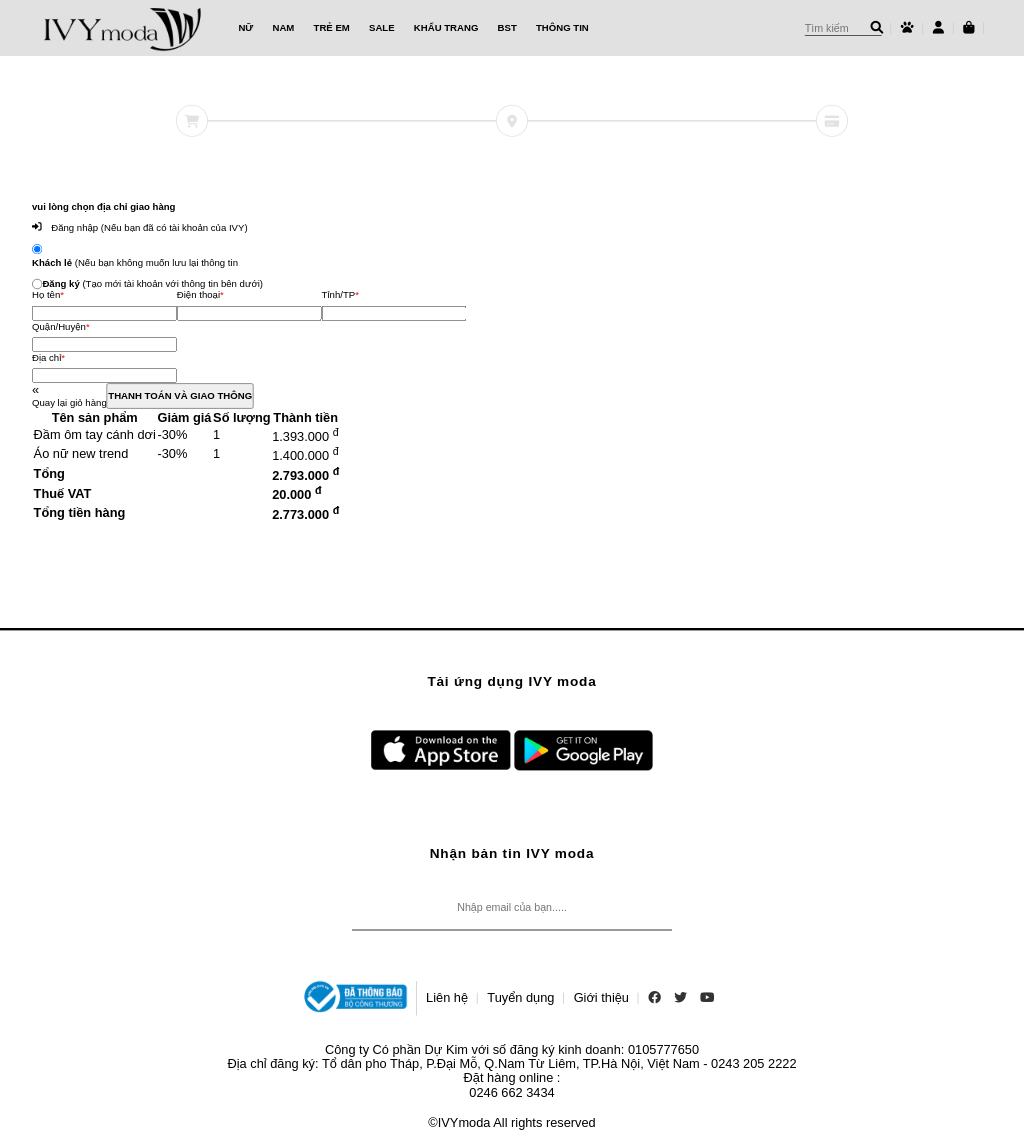
Repository: dinhvanbinh2310/ivy-moda
Page: delivery.html
These files come from the project's save history. The page is drawn as it stood at one moment and after the next save; the edit follows.
The browser window is 1280 px wide. The pictures show the whole page, at 80% of full size.

Above is the page before, as saved 2022-05-08 17:12:27.

### delivery.html
<!DOCTYPE html>
<html lang="en">
<head>
    <meta charset="UTF-8">
    <meta http-equiv="X-UA-Compatible" content="IE=edge">
    <meta name="viewport" content="width=device-width, initial-scale=1.0">
    <link rel="stylesheet" href="./fontawesome-free-6.1.1-web/css/all.css">
    <link rel="stylesheet" href="./css/style.css">
    <title>IVY moda</title>
</head>
<body>
<header>
    <div class="logo">
        <img src="./Images/logo.png" alt="logo" class="logo">
    </div>
    <div class="menu">
        <li><a href="">NỮ</a>
            <ul class="sub-menu">
                <li> <a href="">Hàng mới về</a>
                </li>
                <li> <a href="">Collection</a>
                </li>
                <li> <a href=""> Áo</a>
                    <ul>
                        <li> <a href="">Áo sơ mi</a>
                        </li>
                        <li> <a href="">Áo thun</a>
                        </li>
                        <li> <a href="">Áo khoác</a>
                        </li>
                        <li> <a href="">Áo len</a>
                        </li>
                    </ul>
                </li>
                <li> <a href="">Quần</a>
                    <ul>
                        <li> <a href="">Quần jean</a>
                        </li>
                        <li> <a href="">Quần lửng</a>
                        </li>
                        <li> <a href="">Quần dài</a>
                        </li>
                    </ul>
                </li>
            </ul>
        </li>
        <li><a href="">NAM</a>
        </li>
        <li><a href="">TRẺ EM</a>
        </li>
        <li><a href="">SALE</a>
        </li>
        <li><a href="">KHẨU TRANG</a>
        </li>
        <li><a href="">BST</a>
        </li>
        <li><a href="">THÔNG TIN</a>
        </li>
    </div>
    <div class="others">
        <li>
            <input placeholder="Tìm kiếm" type="text"> <i class="fa-solid fa-magnifying-glass"></i>
        </li>
        <li>
            <a class="fa-solid fa-paw" href=""></a>
        </li>
        <li>
            <a class="fa-solid fa-user" href=""></a>
        </li>
        <li>
            <a class="fa-solid fa-bag-shopping" href=""></a>
        </li>
    </div>
</header>
<!-----------------------------delivery----------------------------->
<section class="delivery">
    <div class="container">
        <div class="delivery-top-wrap">
            <div class="delivery-top">
              <div class="delivery-top-delivery delivery-top-item">
                <i class="fa-solid fa-cart-shopping "></i>
              </div>
              <div class="delivery-top-adress delivery-top-item">
                <i class="fa-solid fa-location-dot"></i>
              </div>
              <div class="delivery-top-payment delivery-top-item">
                <i class="fa-solid fa-credit-card "></i>
              </div>
            </div>
    </div>
    </div>
    <div class="container">
        <div class="delivery-content">
            <div class="delivery-content-left">
               <p>vui lòng chọn địa chỉ giao hàng </p>
            <div class="delivery-content-left-signin row">
                <i class="fa-solid fa-right-to-bracket"></i>
                <p>Đăng nhập (Nếu bạn đã có tài khoản của IVY)</p>
            </div>
            <div class="delivery-content-left-strange-customers">
                <input checked name="loaikhach" type="radio">
                <p>  <span style="font-weight: bold;">  Khách lẻ</span> (Nếu bạn không muốn lưu lại thông tin</p>
            </div>
                <div class="delivery-content-left-signup row">
                    <input name="loaikhach" type="radio">
                    <p>  <span style="font-weight: bold;"> Đăng ký </span>(Tạo mới tài khoản với thông tin bên dưới)
                    </p>
                </div>
                <div class="delivery-content-left-input-top row">
                    <div class="delivery-content-left-input-top-item">
                        <label for="">Họ tên<span style="color: red;">*</span></label>
                        <input type="text">
                    </div>
                    <div class="delivery-content-left-input-top-item">
                        <label for="">Điện thoại<span style="color: red;">*</span></label>
                        <input type="text">
                    </div>
                    <div class="delivery-content-left-input-top-item">
                        <label for="">Tỉnh/TP<span style="color: red;">*</span></label>
                        <input type="text">
                    </div>
                    <div class="delivery-content-left-input-top-item">
                        <label for="">Quận/Huyện<span style="color: red;">*</span></label>
                        <input type="text">
                    </div>
                </div>
                <div class="delivery-content-left-input-input-bottom">
                    <label for="">Địa chỉ<span style="color: red;">*</span></label>
                    <input type="text">
                </div>
                <div class="delivery-content-left-button row">
                    <a href=""> <span>&#171;</span><p>Quay lại giỏ hàng</p></a>
                    <button><p style="font-weight: bold;">THANH TOÁN VÀ GIAO THÔNG</p> </button>
                </div>
            </div>
            <div class="delivery-content-right">
                <table>
                    <tr>
                    <th>Tên sản phẩm</th>
                    <th>Giảm giá</th>
                    <th>Số lượng</th>
                    <th>Thành tiền</th>
                   </tr>
                   <tr>
                       <td>Đầm ôm tay cánh dơi</td>
                       <td>-30%</td>
                       <td>1</td>
                       <td><p>1.393.000 <sup>đ</sup></p></td>
                   </tr>
                   <tr>
                    <td>Áo nữ new trend</td>
                    <td>-30%</td>
                    <td>1</td>
                    <td><p>1.400.000 <sup>đ</sup></p></td>
                </tr>
                <tr>
                    <td style="font-weight: bold;" colspan="3">Tổng</td>
                    <td style="font-weight: bold;"><p>2.793.000 <sup>đ</sup></p></td>
                </tr>
                <tr>
                    <td style="font-weight: bold;" colspan="3">Thuế VAT</td>
                    <td style="font-weight: bold;"><p>20.000 <sup>đ</sup></p></td>
                </tr>
                <tr>
                    <td style="font-weight: bold;" colspan="3">Tổng tiền hàng</td>
                    <td style="font-weight: bold;"><p>2.773.000 <sup>đ</sup></p></td>
                </tr>
                </table>
            </div>
        </div>
    </div>
</section>


<div class="dot-horizontal">
</div>
<!------------------------------Footer---------------------------------->
<section class="app-container">
  <p>Tải ứng dụng IVY moda</p>
  <div class="app-google">
      <img src="./Images/appstore.png" alt="">
      <img src="./Images/googleplay.png" alt="">
  </div>
  <p>Nhận bản tin IVY moda</p>
  <input type="text" placeholder="Nhập email của bạn.....">
</section>

<div class="footer-top">
  <li>
      <a href=""> <img src="./Images/img-congthuong.png" alt="">
      </a>
  </li>
  <li>Liên hệ</li>
  <li>Tuyển dụng</li>
  <li>Giới thiệu</li>
  <li>
      <a href="" class="fa-brands fa-facebook"></a>
      <a href="" class="fa-brands fa-twitter"></a>
      <a href="" class="fa-brands fa-youtube"></a>
  </li>
</div>
<div class="footer-center">

  <p>
      Công ty Có phần Dự Kim với số đăng ký kinh doanh: 0105777650
      <br> Địa chỉ đăng ký: Tổ dân pho Tháp, P.Đại Mỗ, Q.Nam Từ Liêm, TP.Hà Nội, Việt Nam - 0243 205 2222
      <br> Đặt hàng online :
      <br>0246 662 3434
      <br>
  </p>
</div>
<div class="footer-bottom">
  ©IVYmoda All rights reserved
</div>
</body>
  </html>

### css/style.css
*{
  margin: 0;
  padding: 0;
  box-sizing: border-box;
  font-family: Arial, Helvetica, sans-serif;
}
li{
  list-style: none;
}
a{
  text-decoration: none;
  color: #000;
}
header{
  display: flex;
  justify-content: space-between;
  height: 70px;
  padding: 12px 50px;
  align-items: center;
  position: fixed;
  top: 0;
  left: 0;
  z-index: 1;
  background:#DDDDDDDD;
  width: 100%;
}

.logo{
  flex: 1;
  padding-top: 10px;
 size: 5px;
}
.menu{
  flex: 3;
  display: flex;
}
.menu > li{
  padding: 0 12px;
  position: relative;
}
.menu  li a{
  font-size: 12px;
  font-weight: bold;
  display: block;
  line-height: 20px;
}
.menu > li:hover .sub-menu{
  visibility: visible;
  top: 45px;
}
.sub-menu{
  position: absolute;
  width: 150px;
  border: 1px solid #ccc;
  padding: 10px 0 10px 20px;
  visibility: hidden;
  top: 75px;
  transition: 0.3s;
  z-index: 1;
  background-color: #fff;
}
.sub-menu ul{
  padding-left: 20px;
}
.sub-menu li a{
  font-size: 12px;
  font-weight: normal;
}

.others{
  flex: 1;
  display: flex;
}
.others > li{
  padding: 0 12px;
  position: relative;
}
.others>li::after{
  content: "";
  display: block;
  width: 1px;
  height: 75%;
  background: #cccccc;
  position: absolute;
  right: 0;
  top: 50%;
  transform: translateY(-50%);
}
.others > li:first-child{
  position: relative;

}
.others > li:first-child input{
  width: 100%;
  height: 100%;
  background: #0000;
  border: none;
  border-bottom:1px solid #333 ;
}
.others > li:first-child i{
position: absolute;
right: 10px;
}
.sliders{
  overflow: hidden;
}
.aspect-ratio-169 {
  display: block;
  position: relative;
  padding-top: 56.25%;
  transition: 0.3s;
}
.aspect-ratio-169 img {
  display: block;
  position: absolute;
  width: 100%;
  height: 100%;
  top: 0;
  left: 0;
}
.dot-container{
  position:absolute;
  height: 30px;
  width: 100%;
  display: flex;
  justify-content: center;
  padding-top: 10px;
}
.dot-horizontal{
  border-bottom: 3px solid black;
  padding-top: 30px;
 width: 100%;
 height: 100%;
 size: 100%;
}
.dot{
  height: 16px;
  width: 16px;
  background-color: #ccc;
  border-radius: 50%;
  margin-right: 12px;
  cursor: pointer;
}
.dot.active{
  background-color: #333;
}
/* -------------------------------app---------------------------- */
.app-container{
  text-align: center;
  align-items: center;
  padding: 15px 0 50px 0;
}
.app-google{
  margin:50px;
}
.app-google img{
  height: 50px;
  cursor: pointer;
}
.app-container p{
line-height: 20px;
letter-spacing: 1px;
font-size: 17px;
color:#000;
font-weight: bold;
padding-top: 40px;
}
.app-container input{
  margin-top: 50px;
  border: none;
  border-bottom: 1px solid #000;
  padding-bottom: 20px;
  width: 400px;
  text-align: center;
  outline: none;
}
.footer{
  text-align: center;
}
.footer-top{
  display: flex;
  text-align: center;
  justify-content: center;
  align-items: center;
  margin-bottom: 20px;
  height: 70px;
}
.footer-top img{
  height: 50px;
}
.footer-top li{
  padding: 0 12px;
  position: relative;
}
.footer-top li::after{
  content:"";
  display: block;
  width: 1px;
  height: 80%;
  background-color: #cccccc;
  position: absolute;
  right: 0;
  top: 50%;
  transform: translateY(-50%);
}
.footer-top li:last-child::after{
  display: none;
}
.footer-top li:last-child a{
margin-right: 12px;
color:#333;
}
.footer-center{
  text-align: center;
}
.footer-bottom{
  margin: 20px 0;
  text-align: center;
}
/* Cartegory */
.cartegory{
  padding: 100px 0 0;
}
.container{
  max-width: 1200px;
  margin: auto;
}
.row{
  display: flex;
  flex-wrap: wrap;
}
.cartegory-top{
  margin-bottom: 50px;
}
.cartegory-top p{
  font-family: Arial, Helvetica, sans-serif;
margin: 0 12px;
font-size: 12px;
}
.cartegory-left{
  width: 20%;
}
.cartegory-right{
  width: 80%;
}
.cartegory-right-top-item:first-child{
  flex: 2;
font-size: 16px;
font-family: Arial, Helvetica, sans-serif;
font-weight: bold;
}
.cartegory-right-top-item{
  flex: 1;
  padding: 0 12px;
}
.cartegory-right-top-item button{
  width: 100%;
  padding: 10px 15px;
  display: flex;
  justify-content: space-between;
  background-color: #ffff;
  border: 1px solid #dddd;
  cursor: pointer;
}
.cartegory-right-top-item select{
  width: 100%;
  padding: 10px 15px;
  display: flex;
  justify-content: space-between;
  background-color: #ffff;
  border: 1px solid #dddd;
  cursor: pointer;
}
.cartegory-right-content{
  margin-top: 20px;
  justify-content: space-between;
}
.cartegory-right-content-item{
  width: calc(25% - 12px);
  text-align: center;
  padding: 12px 0;
}
.cartegory-right-content-item h1{
  font-size: 11px;
font-family: Arial, Helvetica, sans-serif;
  margin-top: 6px;
  color: #333333;
}
.cartegory-right-content-item img{
  width: 100%;
}
.cartegory-right-content-item p{
  font-size: 12px;
}
.cartegory-right-bottom{
  justify-content: space-between;
  margin: 30px 0 20px;
  width: 100%;
}
.cartegory-right-bottom p{
  font-family: Arial, Helvetica, sans-serif;
font-size: 11px;
}
.cartegory-left ul li{
  padding: 12px 0;
}
.cartegory-left ul li >a{
  color: black;
  font-size: 16px;
  font-weight: bold;
  font-family: Arial, Helvetica, sans-serif;
}
.cartegory-left ul li ul li{
  padding-left: 10px;
}
.cartegory-left-li ul{
  display: none;
}
.cartegory-left-li.block ul{
  display: block;
}
.cartegory-left ul li ul li a{
  color: #333333;
}
/* -----------------Product------------------ */
.product{
  padding: 100px 0;

}
.product-top{
  margin-bottom: 30px;
}
.product-top p{
  font-family: Arial, Helvetica, sans-serif;
  margin: 0 12px;
  font-size: 12px;
}
.product-content-left{
  width: 50%;
}

.product-content-left-big-img{
  width: 80%;
  padding-right: 20px;
}
.product-content-left-big-img img{
  width: 100%;
}
.product-content-left-small-img{
  width: 20%;
}
.product-content-left-small-img img{
  width: 100%;
  cursor: pointer;
}
.product-content-right{
  width: 50%;
  padding-left: 20px;
}
.product-content-right-product-name{
  font-family: Arial, Helvetica, sans-serif;
font-size: 16px;
}
.product-content-right-product-name p{
  color: #cccc;
  font-size: 12px;
}
.product-content-right-product-price{
  margin: 12px 0;
  font-size: 20px;
  font-weight: bold;
  font-family: Arial, Helvetica, sans-serif;
}
.product-content-right-product-color img{
  width: 30px;
  height: 30px;
  border-radius: 50%;
}
.product-content-right-product-color-img{
  height: 40px;
  width: 40px;
  border: 1px soild #333;
  display: flex;
  align-items: center;
  justify-content: center;
  margin: 12px 0;
}
.size span{
  display: inline-block;
  padding: 3px 6px;
  border: 1px solid #dddddd;
  margin: 12px 10px 12px 0;
  font-size: 17px;
  cursor: pointer;
}
.quantity{
  display: flex;
  margin-bottom: 20px;
}
.quantity input{
  width: 35px;
  padding-left: 3px;
}
.product-content-right-product-button button{
  width: 150px;
  height: 40px;
  display: block;
  margin: 20px 0 12px;
  transition: all 0.3s ease;
}
.product-content-right-product-button button:first-child{
  display: flex;
  justify-content: space-evenly;
  align-items: center;
  background-color: #ffff;
  border: 2px solid black;
  cursor: pointer;
}
.product-content-right-product-button button:first-child:hover{
  background-color: black;
  color: #ffff;
}
.product-content-right-product-button button:last-child{
  color: #BF8A49;
  border: 2px solid #BF8A49;
  background-color: #ffff;
  cursor: pointer;
}
.product-content-right-product-icon {
display: flex;
}
.product-content-right-product-icon p{
  list-style: none;
  color: #000;
  font-weight: 200;
  font-size: 14px;
  font-family: Arial, Helvetica, sans-serif;
  margin-right: 6px;
}
.product-content-right-product-icon-item{
  display: flex;
  margin-right: 12px;
  justify-content: center;
  align-items: center;
}
.product-content-right-product-icon-item i{
  font-size: 12px;
  margin-right: 6px;
  display: flex;
}
.product-content-right-product-icon-item p {
margin-left: 6px;
}
.product-content-right-product-qr img{
  margin: 20px 0;
  width:60px;
  height:60px;
}
.product-content-right-bottom{
  padding-top: 40px;
  border-top: 1px solid #dddd;
  position: relative;

}
.product-content-right-bottom-top{
position: absolute;
width: 30px;
height: 30px;
border: 2px solid #dddd;
display: flex;
justify-content: center;
align-items: center;
background-color: #ffff;
left: 50%;
top: -15px;
border-radius: 50%;
transform: translateX(-50%);
cursor: pointer;
}
.product-content-right-bottom-content-title{
  border-bottom: 2px solid #dddd;
}
.product-content-right-bottom-content-title-item{
  padding: 6px;
  cursor: pointer;
  margin-right: 6px;
}
.product-content-right-bottom-content-title-item p{
  font-family: Arial, Helvetica, sans-serif;
  font-size: 14px;
}
.product-content-right-bottom-content{
  padding-top: 30px;
  color: #3e3e3f;
  font-size: 14px;
 }
 .product-content-right-bottom-content-detail{
   display: none;
 }
 .product-content-right-bottom-content-detail th{
   padding-right: 50px;
   text-align: left;
 }
 .product-content-right-bottom-content-preserve{
  display: none;
 }
.activeB{
  display: none;
}
/*---------------------product related----------------- */
.product-related{
  margin-bottom: 50px;
}
.product-related-title{
  margin: 20px 0;
}
.product-related-title p{
  font-family: Arial, Helvetica, sans-serif;
  font-size: 14px;
  font-weight: bold;
  color: #333;
}
.product-related-item{
  width: 20%;
  text-align: center;
  padding: 0 6px;
}
.product-related-item img{
  width: 100%;
}
.product-related-item h1{
  font-family: Arial, Helvetica, sans-serif;
  font-size: 12px;
  color: #333;
  margin-top: 6px;
}
.product-related-item p{
  font-size: 12px;
  text-decoration: line-through;
}
/*-----------------------------cart-----------------------------*/
.cart{
  padding: 100px 0;
}
.cart-top-wrap{
  display: flex;
  justify-content: center;
  align-items: center;
}
.cart-top{
  display: flex;
  height: 2px;
  width: 70%;
  background-color: #ddd;
  justify-content: space-between;
  align-items: center;
  margin: 50px 0 100px;
}
.cart-top-item{
  width: 40px;
  height: 40px;
  border-radius: 50%;
  border: 1px solid #dddd;
  display: flex;
  align-items: center;
  justify-content: center;
  background-color: #fff;
}
.cart-top-item i{
  color: #dddd;
}
.cart-top-cart {
  border: 1px solid #0DB7EA;
}
.cart-top-cart i{
  color: #0DB7EA;
}
.cart-content-left{
  flex: 2;
  padding-right: 12px;
}
.cart-content-left table{
  width: 100%;
  text-align: center;
}
.cart-content-left table th{
  padding-bottom: 30px;
  font-family: Arial, Helvetica, sans-serif;
  font-style: 12px;
  text-transform: uppercase;
  color: #333;
  border-collapse: collapse;
  border-bottom: 2px solid #dddd;
}
.cart-content-left table p{
  padding-bottom: 30px;
  font-family: Arial, Helvetica, sans-serif;
  color: #333;
}
.cart-content-left table input{
  width: 30px;
  margin-bottom: 30px;
}
.cart-content-left table span{
  display: block;
  margin-bottom: 30px;
  width: 20px;
  height: 20px;
  border: 1px solid #ddd;
  cursor: pointer;
}
.cart-content-left table td{
  padding: 20px 0;
  border-bottom: 2px solid #ddd;
}
.cart-content-left table td img{
  padding-bottom: 30px;
  font-family: Arial, Helvetica, sans-serif;
}
.cart-content-left td:first-child img{
  width: 130px;
}
.cart-content-left td:nth-child(2){
  max-width: 130px;
}
.cart-content-left td:nth-child(3) img{
  width: 30px;
}
.cart-content-right{
  flex: 1;
  padding-left: 12px;
  border-left: 2px solid #dddd;
}
.cart-content-right table{
  width: 100%;
}
.cart-content-right table th{
  padding-bottom: 35px;
  font-family: Arial, Helvetica, sans-serif;
  font-size: 12px;
  color: #333;
  border-collapse: collapse;
  border-bottom: 2px solid #dddd;
}
.cart-content-right table td{
  font-family: Arial, Helvetica, sans-serif;
  font-size: 12px;
  color: #333;
  padding: 6px 0;
}
.cart-content-right tr:nth(4) td{
  border-bottom: 2px solid #dddd;

}
.cart-content-right tr td:last-child{
  text-align: right;
}
.cart-content-right-text{
  margin: 20px 0;
  text-align: center;
}
.cart-content-right-text p{
  font-family: Arial, Helvetica, sans-serif;
  font-size: 12px;
  color: #333;
  padding-top: 20px;
}
.cart-content-right-button{
  text-align: center;
  align-items: center;
}
.cart-content-right-button button{
  padding: 0 18px;
  margin-top: 20px;
  height: 35px;
  cursor: pointer;;
}
.cart-content-right-button button:first-child{
  background-color: #fff;
  border: 1px solid black;
  margin-right: 20px;
}
.cart-content-right-button button:first-child:hover{
  background-color: #ddd;
}
.cart-content-right-button button:last-child{
  background-color: black;
  color: #fff;
  border: none;
  border: 1px solid black;
}
.cart-content-right-button button:last-child:hover{
  background-color: #dddd;
  color: black;
}
.cart-content-right-login{
  margin-top: 20px;
}
.cart-content-right-login p{
  font-family: Arial, Helvetica, sans-serif;
  font-size: 12px;
  color: #333;
  padding-top: 30px;
}
/*-----------------------------Delivery-----------------------------*/
.delivery{
  padding: 100px 0;
}
.delivery-top-wrap{
  display: flex;
  justify-content: center;
  align-items: center;
}
.delivery-top{
  height: 2px;
  width: 70%;
  background-color: #dddd;
  display: flex;
  justify-content: space-between;
  align-items: center;
  margin: 50px 0 100px;
}
.delivery-top-item{
  width: 40px;
  height: 40px;
  border-radius: 50%;
  border: 1px solid #dddd;
  display: flex;
  align-items: center;
  justify-content: center;
  background-color: #fff;
}
.delivery-top-item i{
  color: #dddd;
}
.delivery-top-adress{
  color: #0DB7EA;
}
.delivery-content-left{
  width: 60%;
  padding-right: 12px;
}
.delivery-content-left p{
  font-family: Arial, Helvetica, sans-serif;
  font-size: 12px;
}
.delivery-content-left label{
  font-family: Arial, Helvetica, sans-serif;
  font-size: 12px;
  margin-bottom: 6px;
  display: block;
}
.delivery-content-left > p{
  font-weight: bold;
}
.delivery-content-left-signin{
  margin-top: 12px;
}
.delivery-content-left-signin i{
  font-size: 12px;
  margin-right: 12px;
}
.delivery-content-left-strange-customers{
  margin: 12px 0;
}
.delivery-content-left-strange-customers input{
  margin-right: 12px;
}

Loaded but not shown: fontawesome-free-6.1.1-web/css/all.css (library)

After the next save:
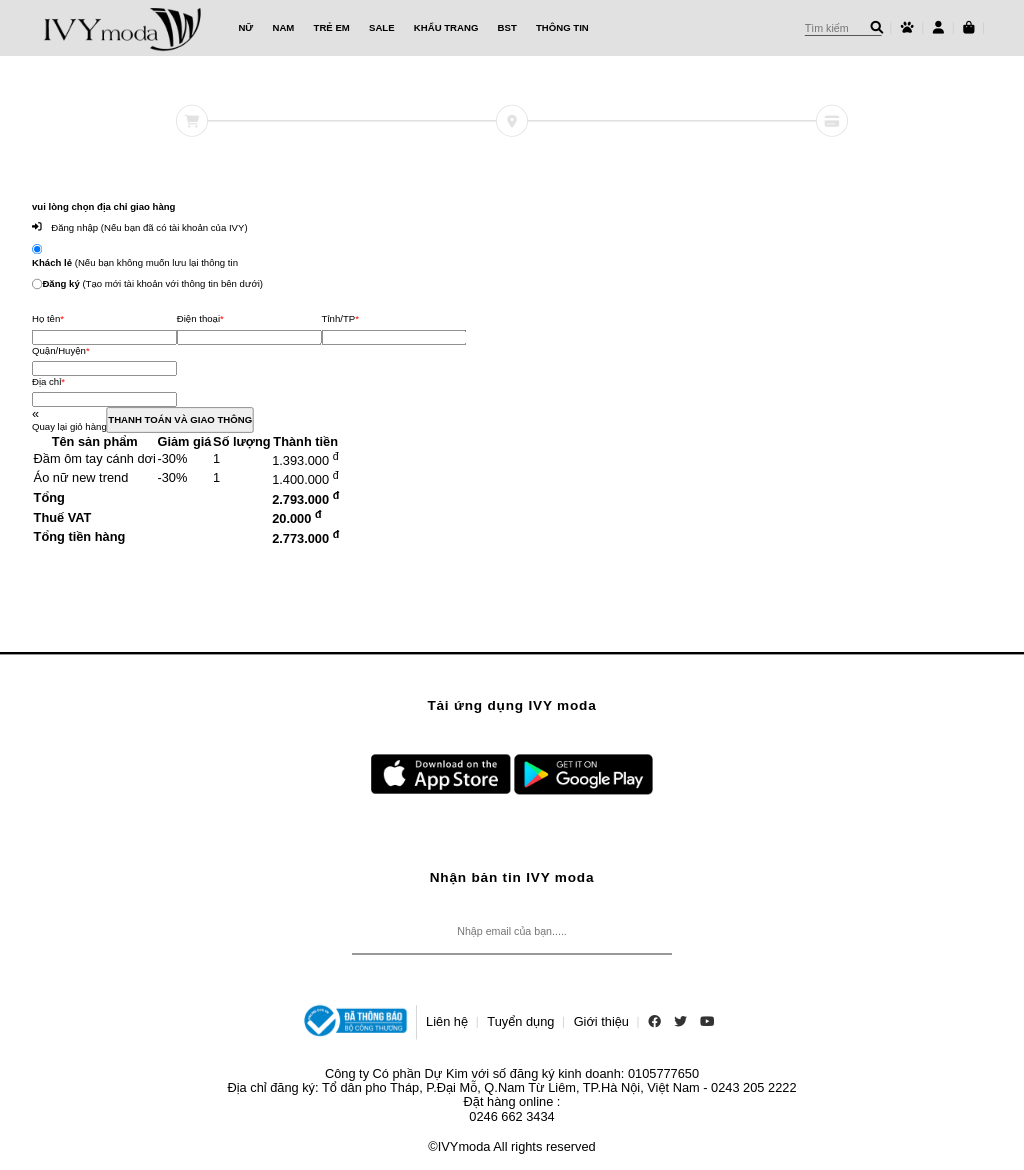
Saved 40 s later.
--- a/css/style.css
+++ b/css/style.css
@@ -766,3 +766,6 @@
 .delivery-content-left-strange-customers input{
   margin-right: 12px;
 }
+.delivery-content-left-signup{
+  margin-bottom: 30px;
+}
